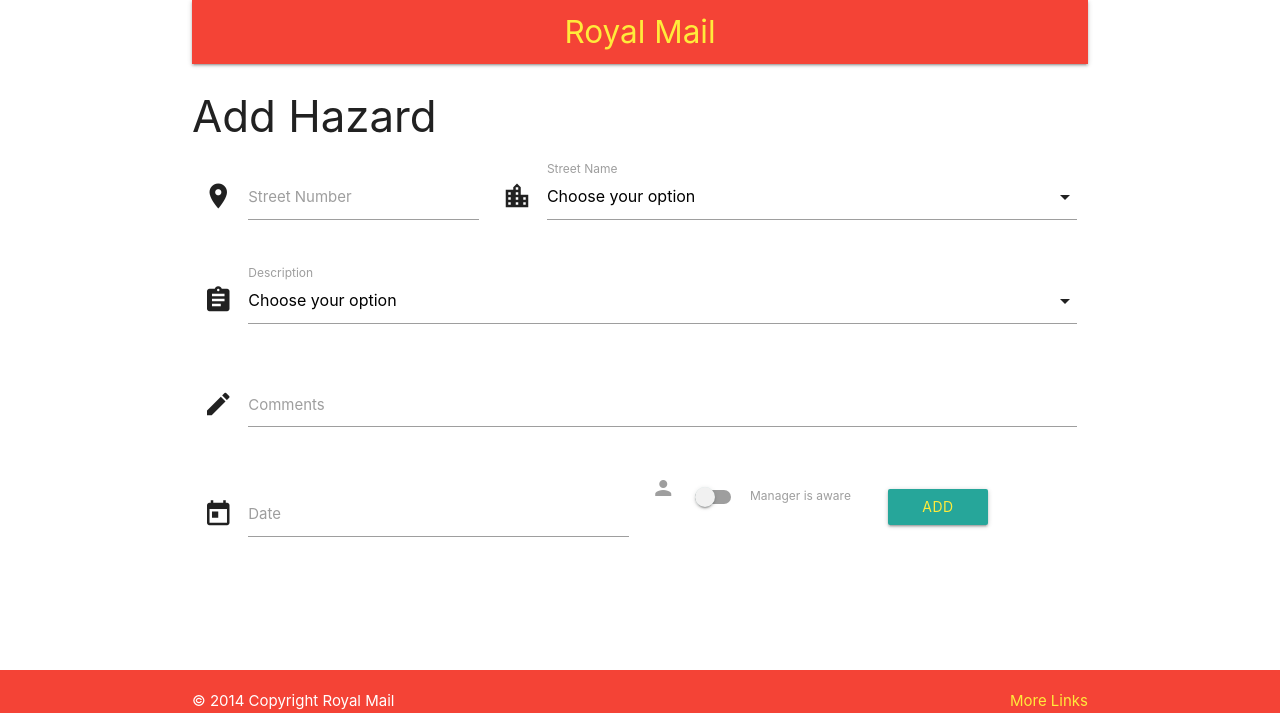
Repository: bandyp/Postal-Reminders
Page: http://localhost/add_hazard
The author's editor kept a record of every edit. The page is drawn from the files as they stood at one moment, then again after the next edit.
The browser window is 1280 px wide. The pictures show the whole page.
The page is served by the project's application, run on Flask 3 (app.py).

Above is the page before.

After the next edit:
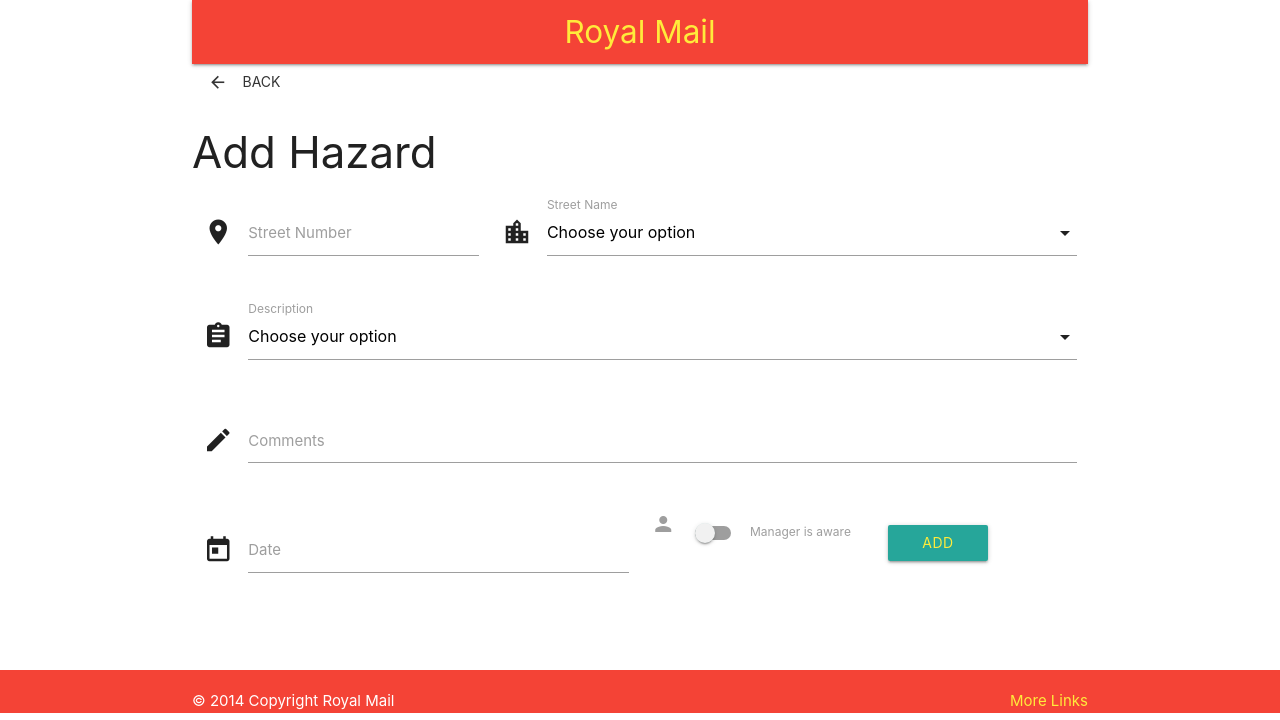
The edit:
--- a/templates/addhazard.html
+++ b/templates/addhazard.html
@@ -4,6 +4,7 @@
     <a href="{{ url_for('goto_home') }}" class="brand-logo yellow-text center">Royal Mail</a>
   </div>
 </nav>
+<a  href="{{ url_for('goto_home') }}" class="waves-effect waves-light btn-flat"><i class="material-icons left">arrow_back</i>Back</a>
 <h3>Add Hazard</h3>
 <div class="row">
     <form action="{{ url_for('insert_hazard') }}" method="POST" class="col s12">
